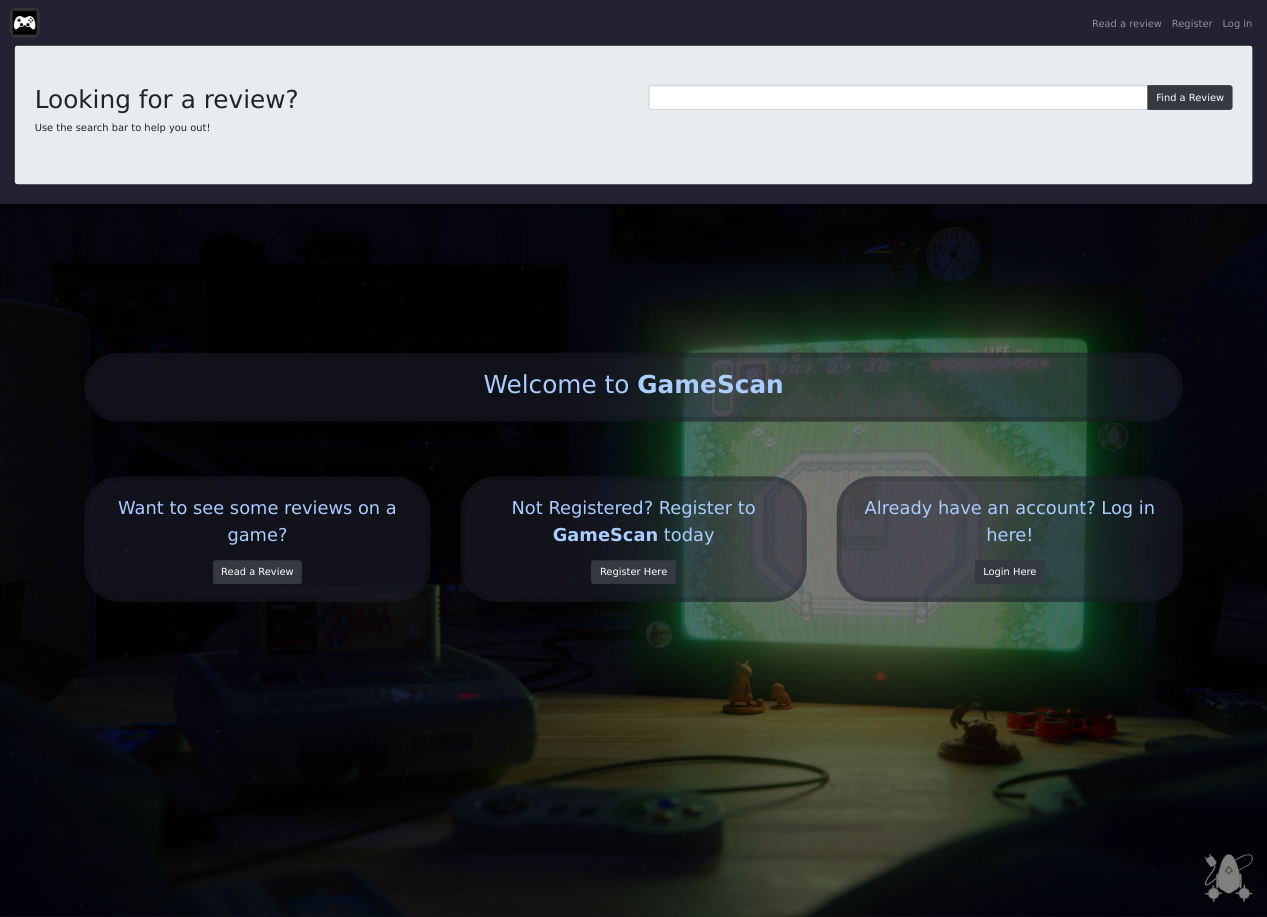
Repository: amit238/milestone-project-3
Page: http://localhost/
The author's editor kept a record of every edit. The page is drawn from the files as they stood at one moment, then again after the next edit.
The browser window is 1280 px wide. The pictures show the whole page, at 99% of full size.
Some web libraries are served in a nearby version. The page is served by the project's application, run on Flask 3 (app.py).

Above is the page before.

After the next edit:
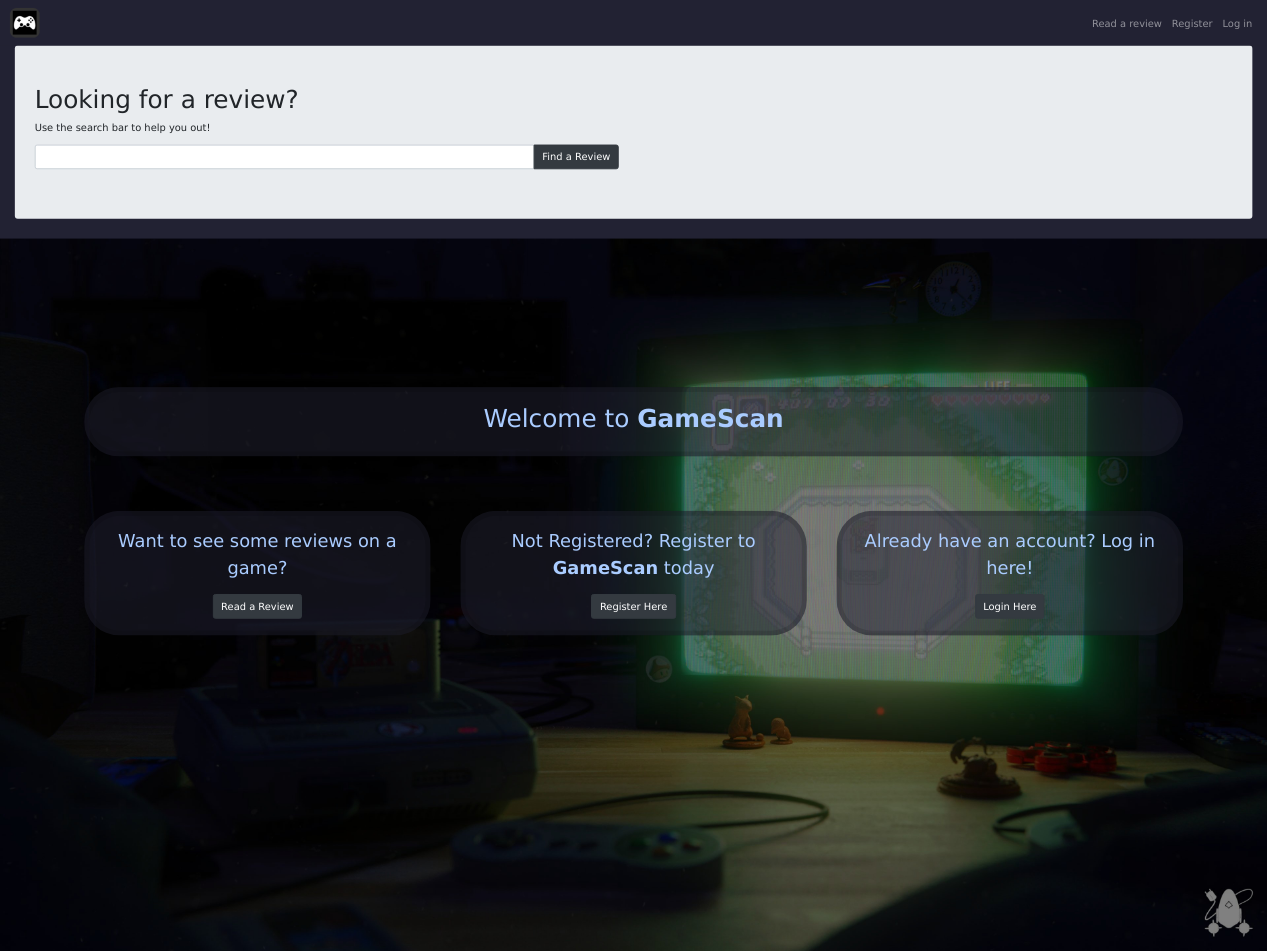
The edit:
--- a/templates/base.html
+++ b/templates/base.html
@@ -41,7 +41,7 @@
     <div class="container-fluid">
       <div class="jumbotron">
         <div class="row">
-          <div class="col-lg-6">
+          <div class="col-lg-9">
             <h1>Looking for a review?</h1>
             <p>Use the search bar to help you out!</p>
           </div>
